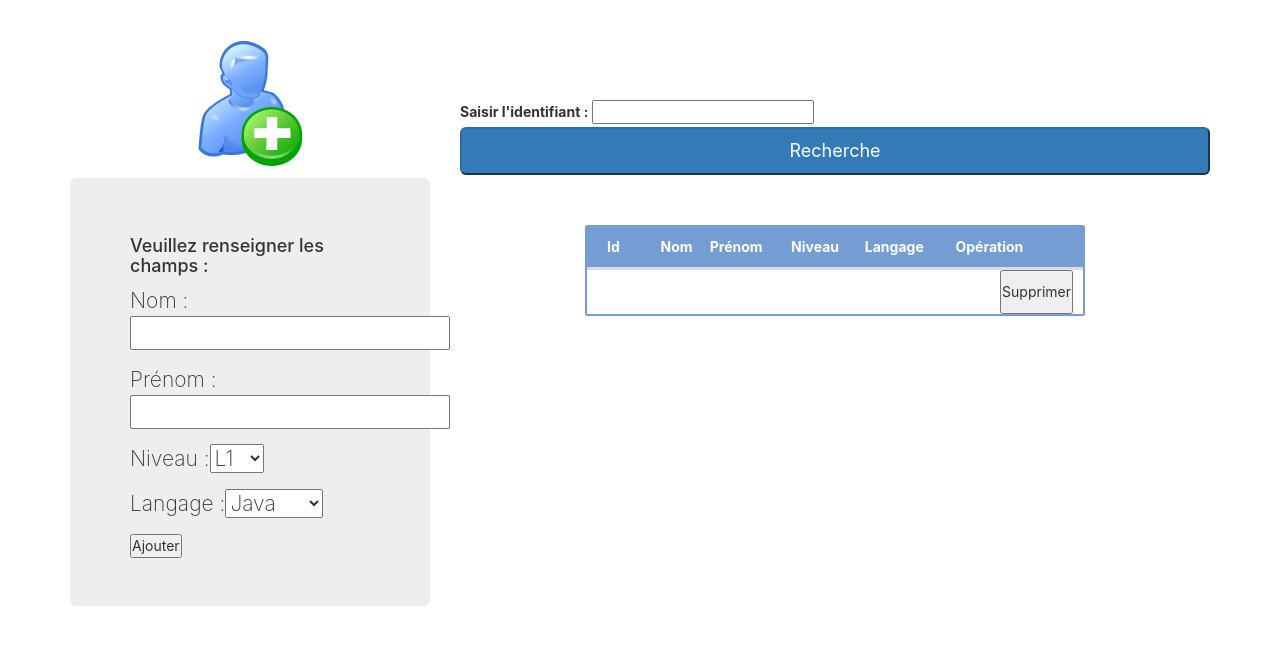
Repository: imouahrani/Gestion-des-stagiaires_JAVAEE
Page: http://localhost/Espace_Stagiaire/TraiteAjout
These files come from the project's save history. The page is drawn as it stood at one moment and after the next save; the edit follows.
The browser window is 1280 px wide. The pictures show the whole page.
The page is served by Tomcat 9. Queries for data that is not in the repository find no rows.

Above is the page before, as saved 2018-07-26 13:33:06.

After the next save:
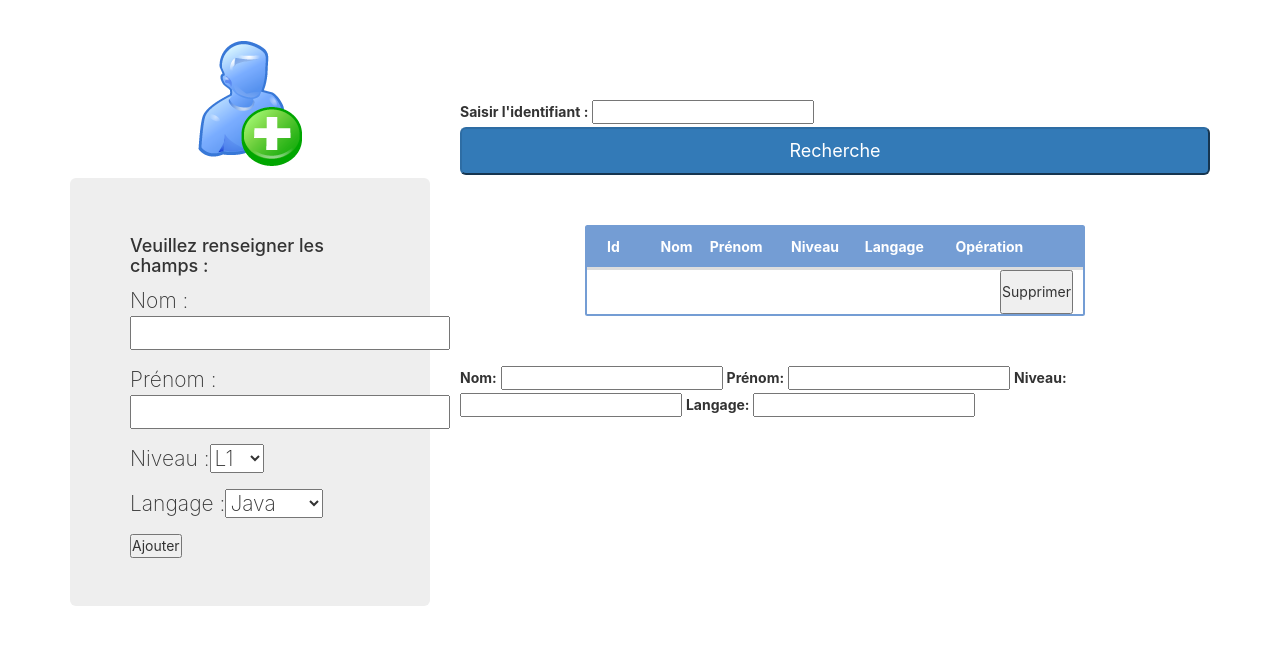
Saved 9 min 37 s later.
--- a/Formation Java Entreprise Edition/Espace Stagiaire/WebContent/AjoutStagiaire.jsp
+++ b/Formation Java Entreprise Edition/Espace Stagiaire/WebContent/AjoutStagiaire.jsp
@@ -113,6 +113,22 @@
 						</tbody>
 					</table>
 				</form>
+					<form action="TraiteRecherche" method="post">
+<label>Nom:</label>
+<input type = "text" name = "nomstg">
+<label>Prénom:</label>
+<input type = "text" name = "prenomstg">
+<label>Niveau:</label>
+<input type = "text" name = "niveau">
+<label>Langage:</label>
+<input type = "text" name = "langage">
+
+
+
+
+					</form>
+
+
 			</div>
 		</div>
 	</div>
